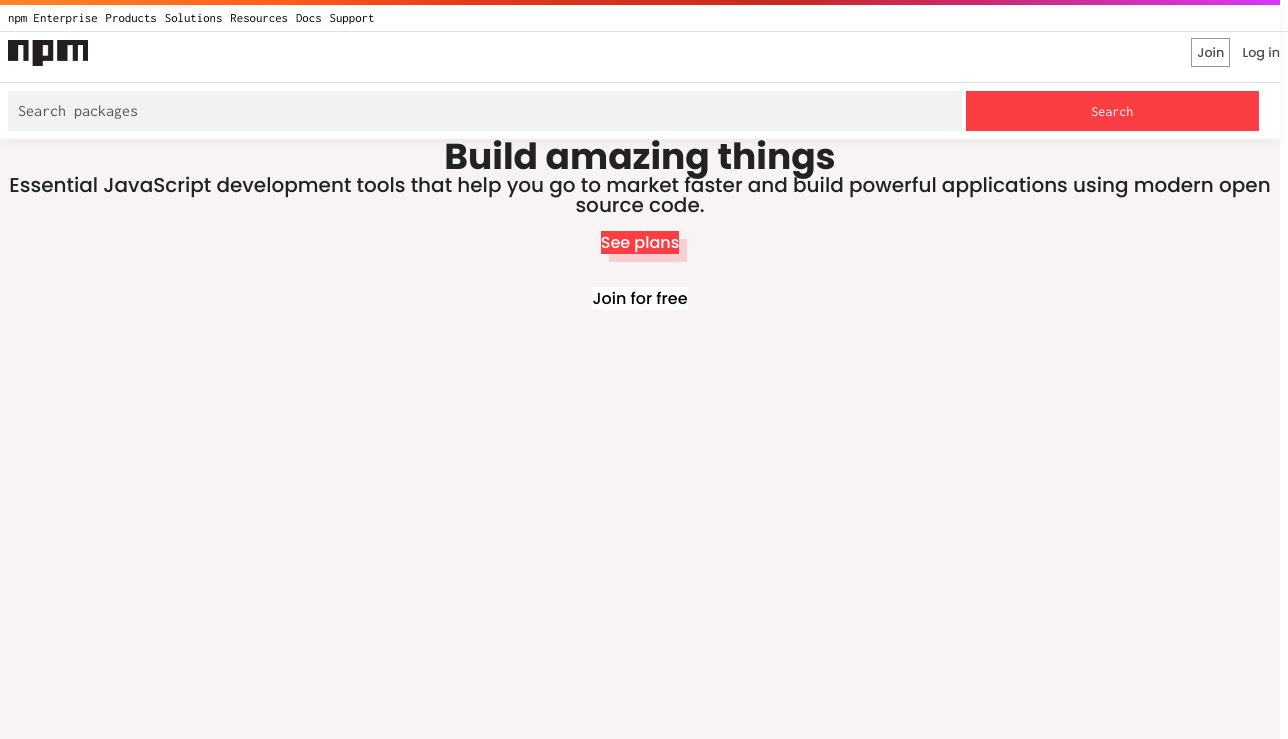
Repository: MarilynCuore/Ejercicico4
Page: index.html
These files come from the project's save history. The page is drawn as it stood at one moment and after the next save; the edit follows.
The browser window is 1280 px wide. The page is 1288 px wide, so the pictures cover 1288 px, including what lies to the right of the window. The pictures show the whole page.
The style sheet was rebuilt from its Sass, Less or Tailwind sources for each picture, by a compiler version that may differ from the author's.

Above is the page before, as saved 2019-05-23 17:08:55.

### index.html
<!DOCTYPE html>
<html lang="en">

<head>
    <meta charset="UTF-8">
    <meta name="viewport" content="width=device-width, initial-scale=1.0">
    <meta http-equiv="X-UA-Compatible" content="ie=edge">
    <title>Document</title>
    <link rel="stylesheet" href="./styles/styles.css">
    <link rel="stylesheet" href="./styles/reset.css">
</head>

<body>
    <header>
        <div class="gradient"></div>
        <nav class="main-nav">
            <div class="principal-nav">
                <ul>
                    <li>❤</li>
                    <li><a href="">NaN producing Misery</a></li>
                </ul>
                <ul>
                    <li><a href="">npm Enterprise</a></li>
                    <li><a href="">Products</a></li>
                    <li><a href="">Solutions</a></li>
                    <li><a href="">Resources</a></li>
                    <li><a href="">Docs</a></li>
                    <li><a href="">Support</a></li>
                </ul>
            </div>
            <div class="second-nav">
                <div class="logo">
                    <a href="">
                        <img src="./src/npmlogo.png" alt="">
                    </a>
                </div>
                <div class="login">
                    <a>Join</a>
                    <a>Log in</a>
                </div>
                <div class="search">
                    <input type="text" placeholder="Search packages">
                    <button>Search</button>
                </div>
            </div>
        </nav>
    </header>
    <section class="principal-section">
        <div class="content-principal-section">
            <h1>Build amazing things</h1>
            <span>Essential JavaScript development tools that help you go to market faster and build powerful applications
                using modern open source code.</span>
        </div>
        <div class="action-principal-section">
            <div><a href="">See plans</a></div>
            <div><a href="">Join for free</a></div>
        </div>
    </section>

</body>

</html>

### styles/styles.scss
/*Fonts*/
@import url("https://fonts.googleapis.com/css?family=Poppins:500,700&display=swap");
@import url("https://fonts.googleapis.com/css?family=Inconsolata:400,700&display=swap");
/*Variables*/
$font: "Inconsolata", monospace;
$font2: "Poppins", sans-serif;
$pink: #fb3e44;
$lighter-grey: rgba(0, 0, 0, 0.05);
$grey: rgba(0, 0, 0, 0.7);
$grey-background: rgba(232, 217, 217, 0.3);

/* all Inputs */
::-webkit-input-placeholder {
  color: #555;
  font-family: $font;
  padding-left: 0.5rem;
}
::-moz-placeholder {
  color: #555;
  font-family: $font;
  padding-left: 0.5rem;
} /* firefox 19+ */
:-ms-input-placeholder {
  color: #555;
  font-family: $font;
  padding-left: 0.5rem;
} /* ie */
input:-moz-placeholder {
  color: #555;
  font-family: $font;
  padding-left: 0.5rem;
}

body {
  overflow: hidden;
}
header {
  box-shadow: 0 4px 13px -3px rgba(0, 0, 0, 0.10196);
  .gradient {
    width: 100vw;
    height: 5px;
    background: rgba(255, 134, 41, 1);
    background: -moz-linear-gradient(
      left,
      rgba(255, 134, 41, 1) 0%,
      rgba(255, 98, 26, 1) 20%,
      rgba(224, 59, 26, 1) 37%,
      rgba(214, 52, 29, 1) 46%,
      rgba(196, 41, 33, 1) 61%,
      rgba(201, 44, 122, 1) 79%,
      rgba(216, 54, 252, 1) 100%
    );
    background: -webkit-gradient(
      left top,
      right top,
      color-stop(0%, rgba(255, 134, 41, 1)),
      color-stop(20%, rgba(255, 98, 26, 1)),
      color-stop(37%, rgba(224, 59, 26, 1)),
      color-stop(46%, rgba(214, 52, 29, 1)),
      color-stop(61%, rgba(196, 41, 33, 1)),
      color-stop(79%, rgba(201, 44, 122, 1)),
      color-stop(100%, rgba(216, 54, 252, 1))
    );
    background: -webkit-linear-gradient(
      left,
      rgba(255, 134, 41, 1) 0%,
      rgba(255, 98, 26, 1) 20%,
      rgba(224, 59, 26, 1) 37%,
      rgba(214, 52, 29, 1) 46%,
      rgba(196, 41, 33, 1) 61%,
      rgba(201, 44, 122, 1) 79%,
      rgba(216, 54, 252, 1) 100%
    );
    background: -o-linear-gradient(
      left,
      rgba(255, 134, 41, 1) 0%,
      rgba(255, 98, 26, 1) 20%,
      rgba(224, 59, 26, 1) 37%,
      rgba(214, 52, 29, 1) 46%,
      rgba(196, 41, 33, 1) 61%,
      rgba(201, 44, 122, 1) 79%,
      rgba(216, 54, 252, 1) 100%
    );
    background: -ms-linear-gradient(
      left,
      rgba(255, 134, 41, 1) 0%,
      rgba(255, 98, 26, 1) 20%,
      rgba(224, 59, 26, 1) 37%,
      rgba(214, 52, 29, 1) 46%,
      rgba(196, 41, 33, 1) 61%,
      rgba(201, 44, 122, 1) 79%,
      rgba(216, 54, 252, 1) 100%
    );
    background: linear-gradient(
      to right,
      rgba(255, 134, 41, 1) 0%,
      rgba(255, 98, 26, 1) 20%,
      rgba(224, 59, 26, 1) 37%,
      rgba(214, 52, 29, 1) 46%,
      rgba(196, 41, 33, 1) 61%,
      rgba(201, 44, 122, 1) 79%,
      rgba(216, 54, 252, 1) 100%
    );
    filter: progid:DXImageTransform.Microsoft.gradient( startColorstr='#ff8629', endColorstr='#d836fc', GradientType=1 );
  }
}
.main-nav {
  display: flex;
  flex-direction: column;
  justify-content: center;
  background-color: white;
  .principal-nav {
    display: flex;
    width: 100%;
    padding-left: 0.5rem;
    justify-content: space-between;
    padding-top: 0.25rem;
    padding-bottom: 0.4rem;
    border-bottom: solid 0.2px #e0e0e0;
    ul {
      display: flex;
      &:first-child {
        display: none;
      }
      li {
        flex-grow: 1;
        padding-right: 0.5rem;
        display: block;
        a {
          text-decoration: none;
          color: black;
          font-family: $font;
          font-weight: 500;
          text-decoration: none;
          font-size: 0.8rem;
        }
      }
    }
  }
  .second-nav {
    display: flex;
    flex-wrap: wrap;
    .logo {
      width: 50%;
      padding-bottom: 1rem;
      a {
        img {
          padding-left: 0.5rem;
          padding-top: 0.5rem;
          width: 80px;
        }
      }
    }
    .login {
      width: 50%;
      font-family: $font2;
      color: $grey;
      text-align: right;
      padding-top: 0.7rem;
      a {
        padding-left: 0.5rem;
        font-size: 0.8rem;
        &:nth-of-type(1) {
          border: 1px solid #9a9a9a;
          padding: 5px;
        }
      }
    }
    .search {
      border-top: solid 0.2px #e0e0e0;
      padding-left: 0.5rem;
      padding-top: 0.5rem;
      padding-bottom: 0.5rem;
      width: 100%;
      input {
        background-color: $lighter-grey;
        border: none;
        width: calc(100% - 25%);
        height: 40px;
        box-sizing: border-box;
      }
      button {
        width: 23%;
        background-color: $pink;
        border: none;
        color: white;
        height: 40px;
        box-sizing: border-box;
        font-family: $font;
        font-size: 0.875rem;
        padding-bottom: 0px;
      }
    }
  }
}
.principal-section {
  background-color: $grey-background;
  height: calc(100vh - 120px);
  display: flex;
  flex-direction: column;
  align-items: center;
  .content-principal-section {
    text-align: center;
    h1 {
      font-size: 2.25rem;
      font-family: $font2;
      font-weight: bold;
    }
    span {
      font-family: $font2;
      font-size: 1.25rem;
      font-weight: 400;
    }
  }
  .action-principal-section {
    div {
      padding: 20px;
      min-width: 250px;
      text-align: center;
      font-family: $font2;
      &:nth-of-type(1) {
        a {
          background-color: $pink;
          box-shadow: 8px 8px 0 rgba(251, 59, 73, 0.2);
          color: white;
          text-decoration: none;
        }
      }
      &:nth-of-type(2) {
        a {
          background-color: white;
          text-decoration: none;
          color: black;
        }
      }
    }
  }
}

Loaded but not shown: styles/reset.css (common file)

After the next save:
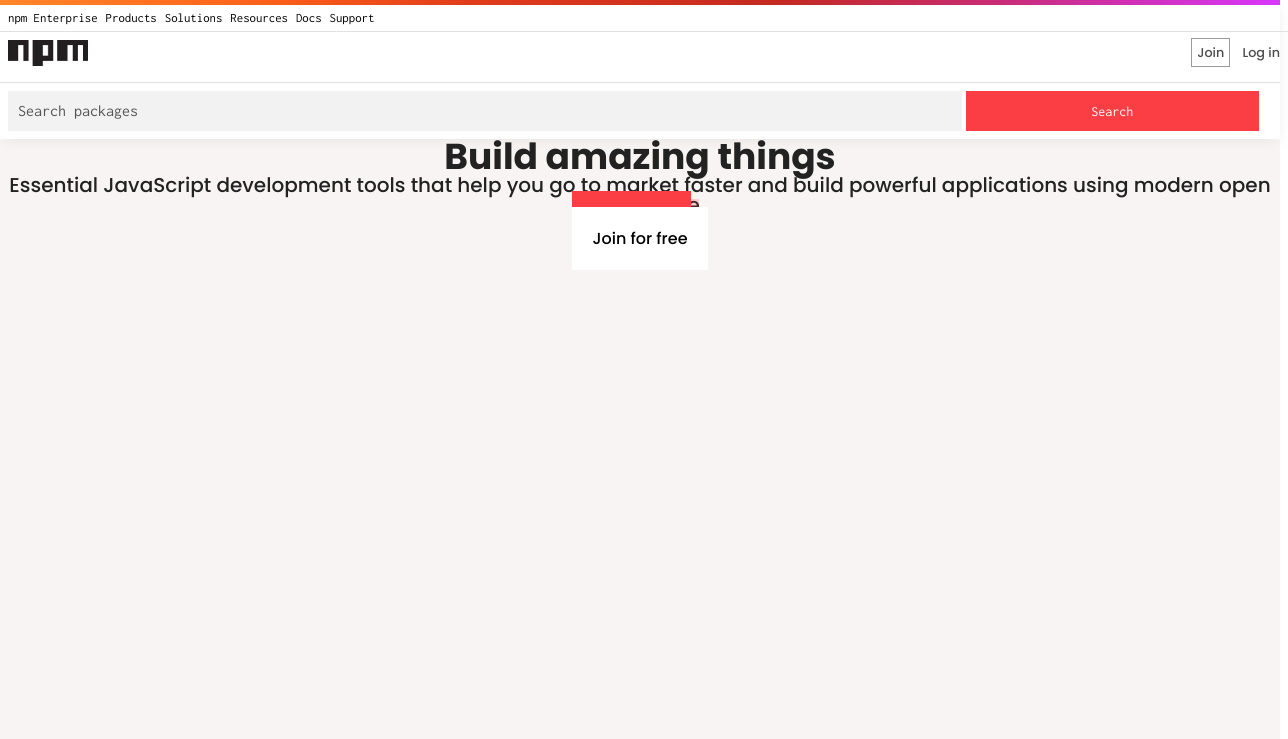
Saved 40 s later.
--- a/styles/styles.scss
+++ b/styles/styles.scss
@@ -214,10 +214,12 @@
   }
   .action-principal-section {
     div {
-      padding: 20px;
-      min-width: 250px;
-      text-align: center;
-      font-family: $font2;
+      a {
+        padding: 20px;
+        min-width: 250px;
+        text-align: center;
+        font-family: $font2;
+      }
       &:nth-of-type(1) {
         a {
           background-color: $pink;
